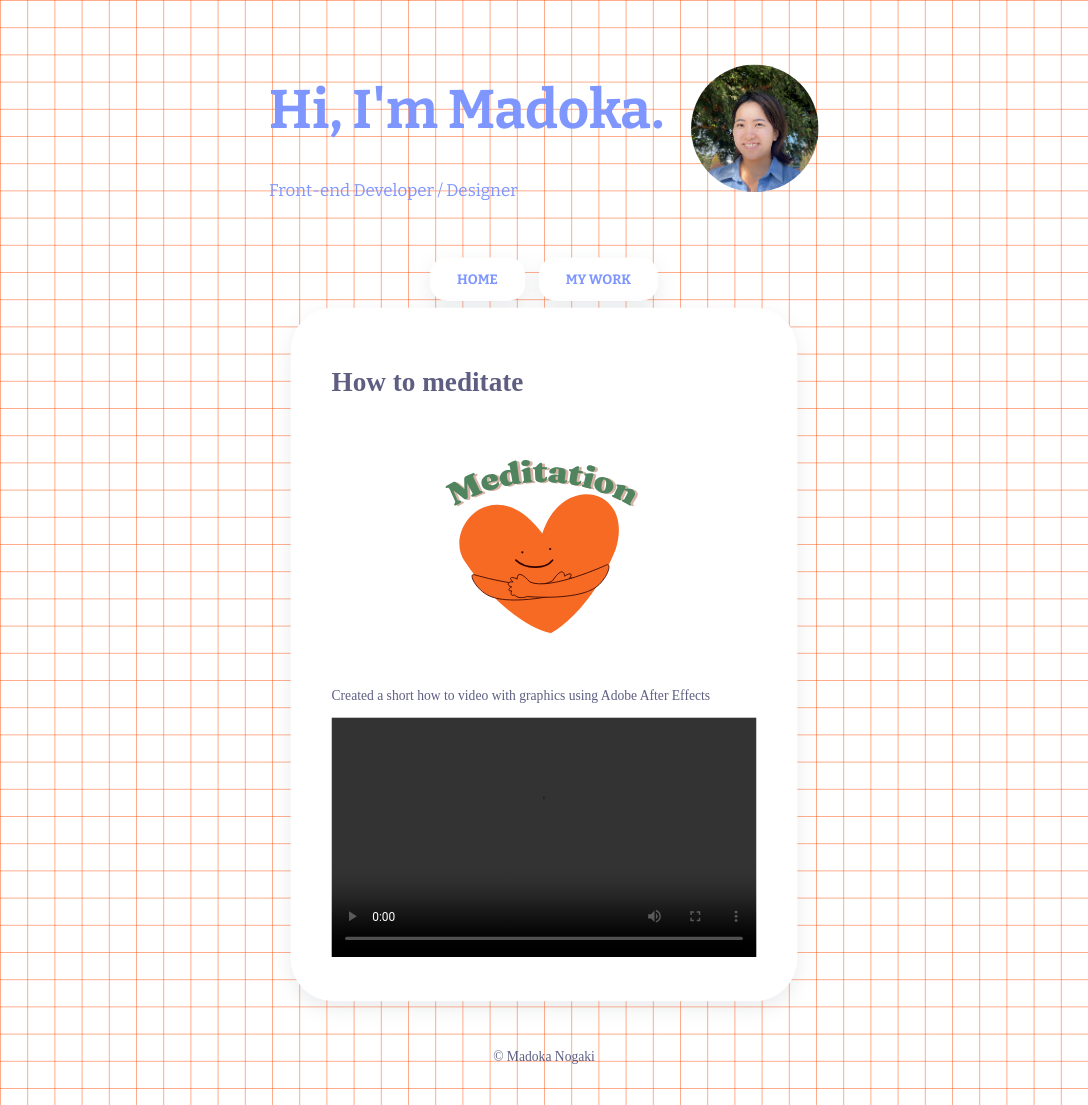
Repository: ohmaruko/portfolio
Page: /links/howToMeditate
An editor plug-in stored every save of this project. The page is shown before and after the next save, followed by the edit.
The browser window is 1280 px wide. The pictures show the whole page, at 85% of full size.
Pictures or frames that could not be fetched are drawn as grey boxes. The project was rebuilt for these pictures with package versions that can differ from the ones it lists, and the page was loaded fresh each time. The framework's server and built-in components were replaced by stand-ins that run in the browser. Also part of the build but not shown: next.config.mjs.

Above is the page before, as saved 2024-02-18 00:45:04.

### pages/links/howToMeditate.js
import styles from '/styles/Home.module.css'
import Header from '@/components/Header'
import Footer from '@/components/Footer'
import { Open_Sans } from 'next/font/google'
import Image from 'next/image'
const openSans = Open_Sans ({subsets: ['latin']})
import Box from '@/components/Box'

export default function Works() {
  return (
    <>

      <head>
        <title>Madoka Nogaki Portfolio</title>
        <meta name="description" content="Portfolio page" />
        <meta name="viewport" content="width=device-width, initial-scale=1" />
        <link rel="icon" href="/favicon.png" />
      </head>

      <div className={styles.container}>
        <Header className={openSans.className}/>
        <main className={styles.meditation}>
            <div>
                <Box content={
                    <div>
                        <h1>How to meditate</h1>
                        <Image src='/images/heart.svg' alt='heart' width={500} height={300}/>
                        <p>Created a short how to video with graphics using Adobe After Effects</p>
                        <div>
                            <video width={500} height={282} controls>
                                <source src='/meditation.mp4' type='video/mp4'></source>
                            </video>
                        </div>
                    </div>
                }/>
            </div>
        </main>

        <div className={styles.outerContainer}>
          <Footer />
        </div>
      </div>

    </>
  )
}

### styles/globals.css
:root {
  --orange: #FF5714;
  --light-orange: rgba(255, 87, 20, 0.5);
  --blue: #7F96FF;
  --white: #fff;
  --text: #5e5e83;
  color: #5e5e83;

  --medium-font: 20px;
}

body {
  margin: 0;
  background-image:
    linear-gradient(to right, var(--light-orange) 1px, transparent 1px),
    linear-gradient(to bottom, var(--light-orange) 1px, transparent 1px);
  background-size: 2em 2em;
}

p {
  font-size: 16px;
}

### styles/Home.module.css
.container {
  display: flex;
  flex-direction: column;
  align-items: center;
  min-height: 100vh;
  width: 100%;
}
.header {
  width: 70%;
}
.outerContainer {
  display: flex;
  width: 70%;
  justify-content: center;
  margin: 2em auto;
}
.box1 {
  flex: 1;
  flex-basis: 60%;
}
.box2 {
  flex: 1;
  flex-basis: 40%;
}
.link {
  text-decoration: none;
  color: var(--text);
  display: flex;
  align-items: center;
  gap: 1rem;
}
.logo {
  fill: var(--blue);
}
.skill {
  display: flex;
  gap: 1rem;
}
.footer {
  margin: 2rem;
}
.works {
  margin: 2rem;
  width: 70%;
  display: flex;
  flex-wrap: wrap;
  justify-content: center;
}
.hair h1{
  color: var(--blue);
}
.logoContainer {
  display: flex;
  flex-direction: column;
}
.logoInner{
  display: flex;
  justify-content: space-evenly;
}
.film a{
  text-decoration: none;
  color: var(--blue);
}
/* mobile */
/* @media (max-width: 800px){

} */

### components/Header/index.js
import styles from './Header.module.css'
import Image from 'next/image'
import Link from 'next/link'
import { Bitter } from 'next/font/google'
const bitter = Bitter ({subsets: ['latin']})

export default function Header() {
    return (
        <header className={`${styles.header}, ${bitter.className}`}>
            <div className={styles.banner}>
                <div>
                    <h1>Hi, I'm Madoka.</h1>
                    <p style={{fontSize:"var(--medium-font)"}}>Front-end Developer / Designer</p>
                </div>
                <Image src="/images/profile.png" alt="profile image" width={150} height={150} className={styles.img} />
            </div>
            <div className={styles.menu}>
                <Link href='/'>HOME</Link>
                <Link href='/works'>MY WORK</Link>
            </div>
        </header>

    )
}

### components/Footer/index.js
import styles from "./Footer.module.css"

export default function Footer() {
    return (
        <>
            <p>&copy; Madoka Nogaki</p>
        </>
    )
}

### components/Box/index.js
import styles from "./Box.module.css"

export default function Box({
    title,
    content,
}) {
    return (
        <div className={styles.box} style={{}}>
            <h2 style={{color: "var(--blue)"}}>{title}</h2>
            {content}
        </div>
    )
}

### components/Header/Header.module.css
.header {
    width: 100%;
}
.banner {
    font-size: 2em;
    color: var(--blue);
    display: flex;
    justify-content: center;
    align-items: center;
    gap: 2rem;
    margin: 3rem 0;
}
.img {
    border-radius: 50%;
}
.menu {
    display: flex;
    justify-content: center;
    gap: 1rem;
}
.menu a {
    text-decoration: none;
    color: var(--blue);
    font-weight: bold;
    background-color: var(--white);
    box-shadow: rgba(149, 157, 165, 0.2) 0px 8px 24px;
    border-radius: 20px;
    padding: 1rem 2rem;
}

### components/Box/Box.module.css
.box {
    background-color: var(--white);
    padding: 3em;
    margin: 0.5em;
    border-radius: 50px;
    box-shadow: rgba(149, 157, 165, 0.2) 0px 8px 24px;
}

Loaded but not shown: pages/_app.js (common file); pages/_document.js (common file); components/Footer/Footer.module.css (no stored copy; drawn as an empty file)

After the next save:
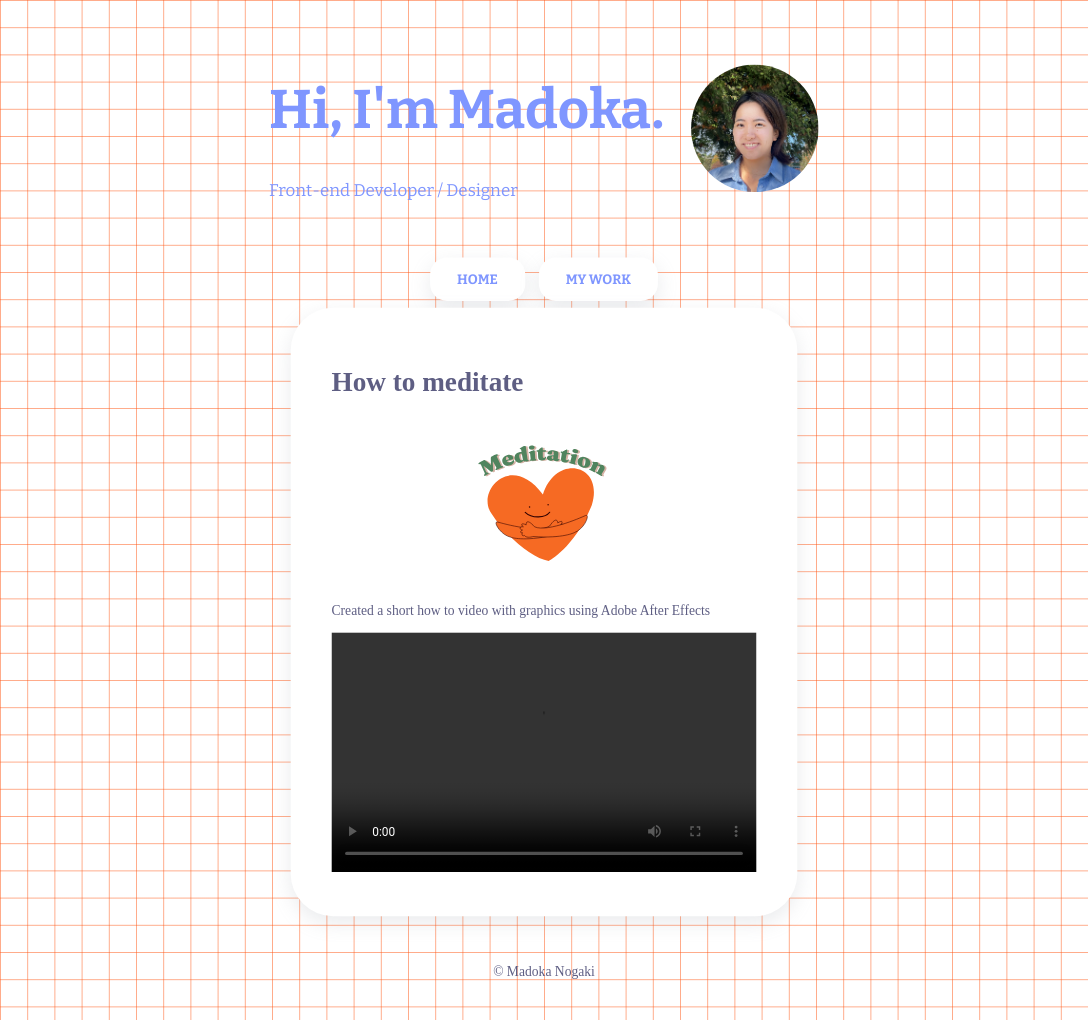
Saved 9 s later.
--- a/pages/links/howToMeditate.js
+++ b/pages/links/howToMeditate.js
@@ -24,7 +24,7 @@ export default function Works() {
                 <Box content={
                     <div>
                         <h1>How to meditate</h1>
-                        <Image src='/images/heart.svg' alt='heart' width={500} height={300}/>
+                        <Image src='/images/heart.svg' alt='heart' width={500} height={200}/>
                         <p>Created a short how to video with graphics using Adobe After Effects</p>
                         <div>
                             <video width={500} height={282} controls>
